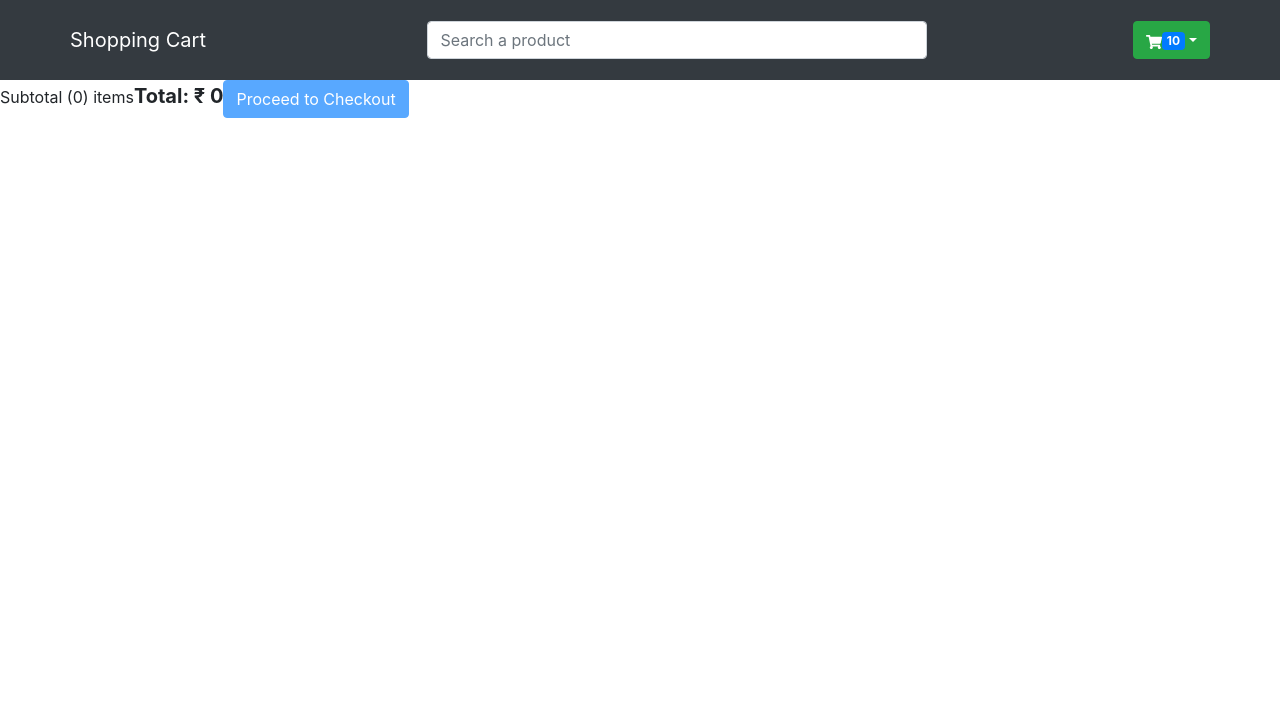
Repository: GokulDev4U/Ecommerce_filter
Page: /cart
The author's editor kept a copy of each file at every save. The page is drawn from the files as they stood at one save, then again after the next save.
The browser window is 1280 px wide. The pictures show the whole page.
The project was rebuilt for these pictures with package versions that can differ from the ones it lists, and the page was loaded fresh each time. Also part of the build but not shown: src/Components/Rating.jsx, src/Components/Filters.jsx, src/Components/SingleProduct.jsx, src/Components/Home.jsx.

Above is the page before, as saved 2022-06-18 23:20:19.

### src/context/Context.js
import { useContext, useReducer } from "react";
import { createContext } from "react";
import faker from "faker";
import { cartReducer, productReducer } from "./Reducers";

const Cart = createContext();
const Context = ({ children }) => {
  const products = [...Array(20)].map(() => ({
    id: faker.datatype.uuid(),
    name: faker.commerce.productName(),
    price: faker.commerce.price(),
    image: faker.random.image(),
    inStock: faker.random.arrayElement([0, 3, 5, 6, 7]),
    fastDelivery: faker.datatype.boolean(),
    ratings: faker.random.arrayElement([1, 2, 3, 4, 5]),
  }));

  const [state, dispatch] = useReducer(cartReducer, {
    products: products,
    cart: [],
  });

  const [productState, productDispatch] = useReducer(productReducer, {
    byStock: false,
    byFastDelivery: false,
    byRating: 0,
    searchQuery: "",
  });

  return (
    <Cart.Provider value={{ state, dispatch, productState, productDispatch }}>
      {children}
    </Cart.Provider>
  );
};
export const CartState = () => {
  return useContext(Cart);
};
export default Context;

### src/Components/Cart.jsx

import { useEffect, useState } from "react";
import { Button, Col, Form, Image, ListGroup, Row } from "react-bootstrap";
import { AiFillDelete } from "react-icons/ai";
import { CartState } from "../context/Context";
import Rating from "./Rating";

const Cart = () => {
    const {
        state: { cart },
        dispatch,
    } = CartState();
    const [total, setTotal] = useState();

    useEffect(() => {
        setTotal(
            cart.reduce((acc, curr) => acc + Number(curr.price) * curr.qty, 0)
        );
    }, [cart]);

    return (
        <div className="home">
            <div className="productContainer">
                <ListGroup>
                    {cart.map((prod) => (
                        <ListGroup.Item key={prod.id}>
                            <Row>
                                <Col md={2}>
                                    <Image src={prod.image} alt={prod.name} fluid rounded />
                                </Col>
                                <Col md={2}>
                                    <span>{prod.name}</span>
                                </Col>
                                <Col md={2}>₹ {prod.price}</Col>
                                <Col md={2}>
                                    <Rating rating={prod.ratings} />
                                </Col>
                                <Col md={2}>
                                    <Form.Control
                                        as="select"
                                        value={prod.qty}
                                        onChange={(e) =>
                                            dispatch({
                                                type: "CHANGE_CART_QTY",
                                                payload: {
                                                    id: prod.id,
                                                    qty: e.target.value,
                                                },
                                            })
                                        }
                                    >
                                        {[...Array(prod.inStock).keys()].map((x) => (
                                            <option key={x + 1}>{x + 1}</option>
                                        ))}
                                    </Form.Control>
                                </Col>
                                <Col md={2}>
                                    <Button
                                        type="button"
                                        variant="light"
                                        onClick={() =>
                                            dispatch({
                                                type: "REMOVE_FROM_CART",
                                                payload: prod,
                                            })
                                        }
                                    >
                                        <AiFillDelete fontSize="20px" />
                                    </Button>
                                </Col>
                            </Row>
                        </ListGroup.Item>
                    ))}
                </ListGroup>
            </div>
            <div className="filters summary">
                <span className="title">Subtotal ({cart.length}) items</span>
                <span style={{ fontWeight: 700, fontSize: 20 }}>Total: ₹ {total}</span>
                <Button type="button" disabled={cart.length === 0}>
                    Proceed to Checkout
                </Button>
            </div>
        </div>
    );
};

export default Cart;

### src/Components/Header.jsx
import React from 'react';
import { Badge, Container, Dropdown, FormControl, Nav, Navbar } from 'react-bootstrap';
import { Link } from 'react-router-dom';
import { FaShoppingCart } from 'react-icons/fa';

const Header = () => {
    return (
        <Navbar bg="dark" variant="dark" style={{ height: 80 }}>
            <Container>
                <Navbar.Brand>
                    <Link to='/'>Shopping Cart</Link>
                </Navbar.Brand>
                <Navbar.Text className='search'>
                    <FormControl style={{ width: 500 }}
                        placeholder="Search a product"
                        className='m-auto'
                    />
                </Navbar.Text>
                <Nav>
                    <Dropdown alignRight>
                        <Dropdown.Toggle variant="success" >
                            <FaShoppingCart color="white" fontsize="25px" />
                            <Badge>{10}</Badge>
                        </Dropdown.Toggle>
                        <Dropdown.Menu style={{ minWidth: 370 }}>
                            <span style={{ padding: 10 }}>
                                Cart is Empty
                            </span>
                        </Dropdown.Menu>
                    </Dropdown>
                </Nav>
            </Container>
        </Navbar >
    );
};

export default Header;

### src/context/Reducers.js
export const cartReducer = (state, action) => {
  switch (action.type) {
    case "ADD_TO_CART":
      return { ...state, cart: [...state.cart, { ...action.payload, qty: 1 }] };
    case "REMOVE_FROM_CART":
      return {
        ...state,
        cart: state.cart.filter((c) => c.id !== action.payload.id),
      };
    case "CHANGE_CART_QTY":
      return {
        ...state,
        cart: state.cart.filter((c) =>
          c.id === action.payload.id ? (c.qty = action.payload.qty) : c.qty
        ),
      };
    default:
      return state;
  }
};

export const productReducer = (state, action) => {
  switch (action.type) {
    case "SORT_BY_PRICE":
      return { ...state, sort: action.payload };
    case "FILTER_BY_STOCK":
      return { ...state, byStock: !state.byStock };
    case "FILTER_BY_DELIVERY":
      return { ...state, byFastDelivery: !state.byFastDelivery };
    case "FILTER_BY_RATING":
      return { ...state, byRating: action.payload };
    case "FILTER_BY_SEARCH":
      return { ...state, searchQuery: action.payload };
    case "CLEAR_FILTERS":
      return { byStock: false, byFastDelivery: false, byRating: 0 };
    default:
      return state;
  }
};

### src/Components/styles.css
.header {
    display: block;
    text-align: center;
    font-size: 30px;
    margin: 10px 0;
  }

  .cartitem {
    display: flex;
    justify-content: space-between;
    align-items: center;
    margin: 0 20px;
    margin-bottom: 20px;
  }

  .cartItemImg {
    border-radius: 50%;
    width: 50px;
    height: 50px;
    object-fit: cover;
  }

  .cartItemDetail {
    display: flex;
    flex: 1;
    padding: 0 20px;
    flex-direction: column;
  }

  /* Home Page */

  .home {
    display: flex;
  }

  .filters {
    background-color: #343a40;
    color: white;
    padding: 20px;
    display: flex;
    flex-direction: column;
    width: 20%;
    margin: 10px;
    height: 86vh;
  }

  .filters > span {
    padding-bottom: 20px;
  }

  .title {
    font-size: 30px;
  }

  .productContainer {
    display: flex;
    width: 78%;
    padding: 20px;
    flex-wrap: wrap;
    justify-content: space-around;
  }

  .products {
    width: 30%;
    margin: 10px;
  }

  .summary {
    width: 30%;
  }

  /* Media Queries */
  @media (max-width: 771px) {
    .filters {
      width: 40%;
      padding: 10px;
      margin: 5px;
    }

    .filters > span {
      font-size: 10px;
    }

    .title {
      font-size: 18px !important;
    }

    .productContainer {
      width: 58%;
      padding: 0;
    }

    .search {
      display: none !important;
    }

    .products {
      width: 100%;
    }
  }

Loaded but not shown: public/index.html (common file); src/index.js (common file); src/index.css (common file); src/App.js (common file); src/App.css (common file)

After the next save:
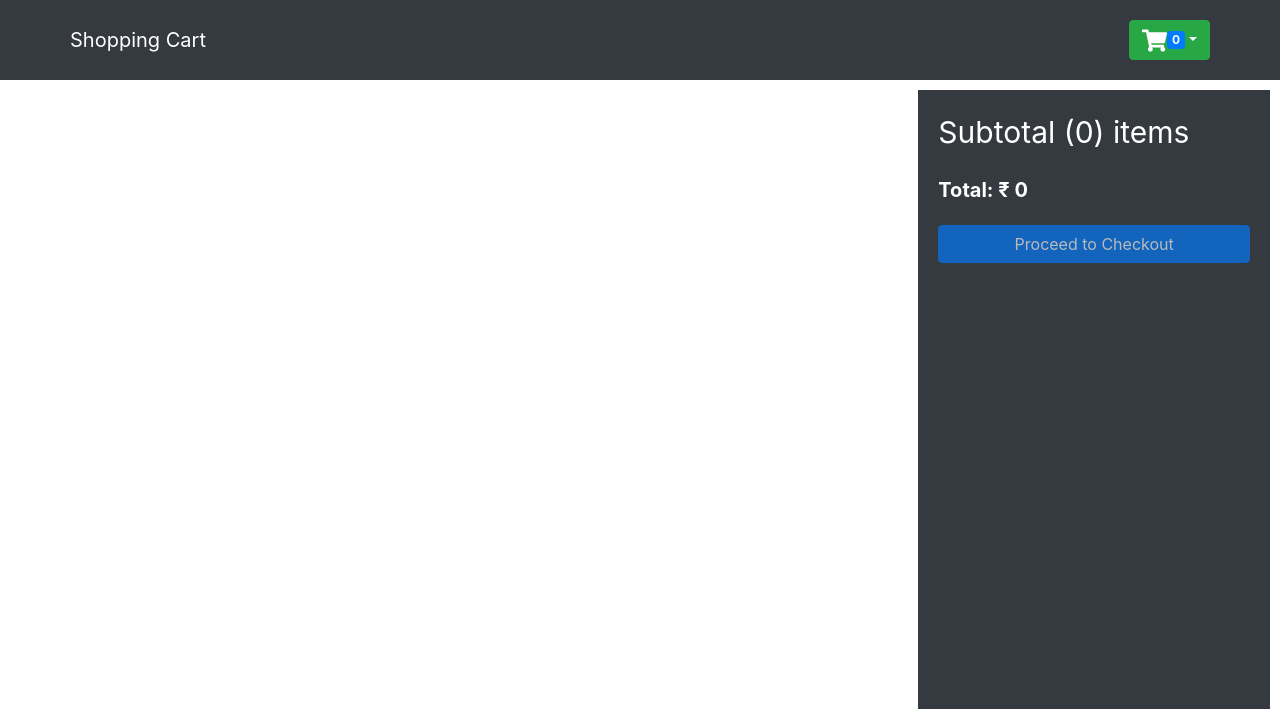
Saved 33 s later.
--- a/src/Components/Header.jsx
+++ b/src/Components/Header.jsx
@@ -1,36 +1,95 @@
-import React from 'react';
-import { Badge, Container, Dropdown, FormControl, Nav, Navbar } from 'react-bootstrap';
-import { Link } from 'react-router-dom';
-import { FaShoppingCart } from 'react-icons/fa';
+import { FaShoppingCart } from "react-icons/fa";
+import { AiFillDelete } from "react-icons/ai";
+import {
+    Badge,
+    Button,
+    Container,
+    Dropdown,
+    FormControl,
+    Nav,
+    Navbar,
+} from "react-bootstrap";
+import { Link, useLocation } from "react-router-dom";
+import { CartState } from "../context/Context";
+import "./styles.css";
 
 const Header = () => {
+    const {
+        state: { cart },
+        dispatch,
+        productDispatch,
+    } = CartState();
+
     return (
         <Navbar bg="dark" variant="dark" style={{ height: 80 }}>
             <Container>
                 <Navbar.Brand>
-                    <Link to='/'>Shopping Cart</Link>
+                    <Link to="/">Shopping Cart</Link>
                 </Navbar.Brand>
-                <Navbar.Text className='search'>
-                    <FormControl style={{ width: 500 }}
-                        placeholder="Search a product"
-                        className='m-auto'
-                    />
-                </Navbar.Text>
+                {useLocation().pathname.split("/")[1] !== "cart" && (
+                    <Navbar.Text className="search">
+                        <FormControl
+                            style={{ width: 500 }}
+                            type="search"
+                            placeholder="Search a product..."
+                            className="m-auto"
+                            aria-label="Search"
+                            onChange={(e) => {
+                                productDispatch({
+                                    type: "FILTER_BY_SEARCH",
+                                    payload: e.target.value,
+                                });
+                            }}
+                        />
+                    </Navbar.Text>
+                )}
                 <Nav>
                     <Dropdown alignRight>
-                        <Dropdown.Toggle variant="success" >
-                            <FaShoppingCart color="white" fontsize="25px" />
-                            <Badge>{10}</Badge>
+                        <Dropdown.Toggle variant="success">
+                            <FaShoppingCart color="white" fontSize="25px" />
+                            <Badge>{cart.length}</Badge>
                         </Dropdown.Toggle>
+
                         <Dropdown.Menu style={{ minWidth: 370 }}>
-                            <span style={{ padding: 10 }}>
-                                Cart is Empty
-                            </span>
+                            {cart.length > 0 ? (
+                                <>
+                                    {cart.map((prod) => (
+                                        <span className="cartitem" key={prod.id}>
+                                            <img
+                                                src={prod.image}
+                                                className="cartItemImg"
+                                                alt={prod.name}
+                                            />
+                                            <div className="cartItemDetail">
+                                                <span>{prod.name}</span>
+                                                <span>₹ {prod.price.split(".")[0]}</span>
+                                            </div>
+                                            <AiFillDelete
+                                                fontSize="20px"
+                                                style={{ cursor: "pointer" }}
+                                                onClick={() =>
+                                                    dispatch({
+                                                        type: "REMOVE_FROM_CART",
+                                                        payload: prod,
+                                                    })
+                                                }
+                                            />
+                                        </span>
+                                    ))}
+                                    <Link to="/cart">
+                                        <Button style={{ width: "95%", margin: "0 10px" }}>
+                                            Go To Cart
+                                        </Button>
+                                    </Link>
+                                </>
+                            ) : (
+                                <span style={{ padding: 10 }}>Cart is Empty!</span>
+                            )}
                         </Dropdown.Menu>
                     </Dropdown>
                 </Nav>
             </Container>
-        </Navbar >
+        </Navbar>
     );
 };
 
